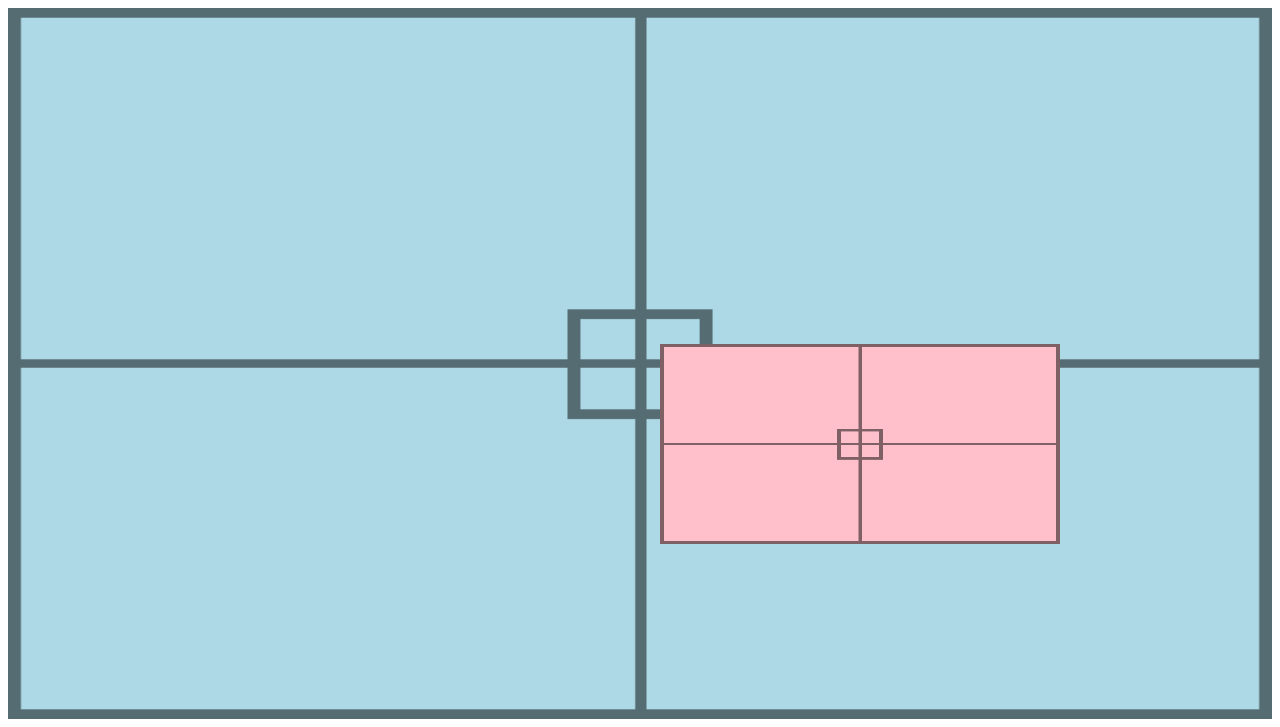
Repository: Codigo404q/html-css
Page: exercicios/ex022/fundo007.html
The author's editor kept a copy of each file at every save. The page is drawn from the files as they stood at one save, then again after a run of saves.
The browser window is 1280 px wide. The pictures show the whole page.

Above is the page before, as saved 2024-01-06 21:48:33.

### exercicios/ex022/fundo007.html
<!DOCTYPE html>
<html lang="pt-br">
<head>
    <meta charset="UTF-8">
    <meta name="viewport" content="width=device-width, initial-scale=1.0">
    <title>Alinhamento Vertical</title>
    <style>
        #container {
            position: relative;
            height: 96vh;
            padding: 10px;
            background-color: lightblue;
            background-image: url(imagens/target001.png);
            background-size: 100% 100%;
        }

        #conteudo {
            background-image: url(imagens/target001.png);
            background-size: 100% 100%;
            position: absolute;
            height: 200px;
            width: 400px;
            background-color: pink;


            left: 50%;
            top: 50%;

            transform: translate(+20px, -20px);
        }
    </style>
</head>
<body>
    <section id="container">
        <article id="conteudo">

        </article>
    </section>
</body>
</html>

After the next 4 saves:
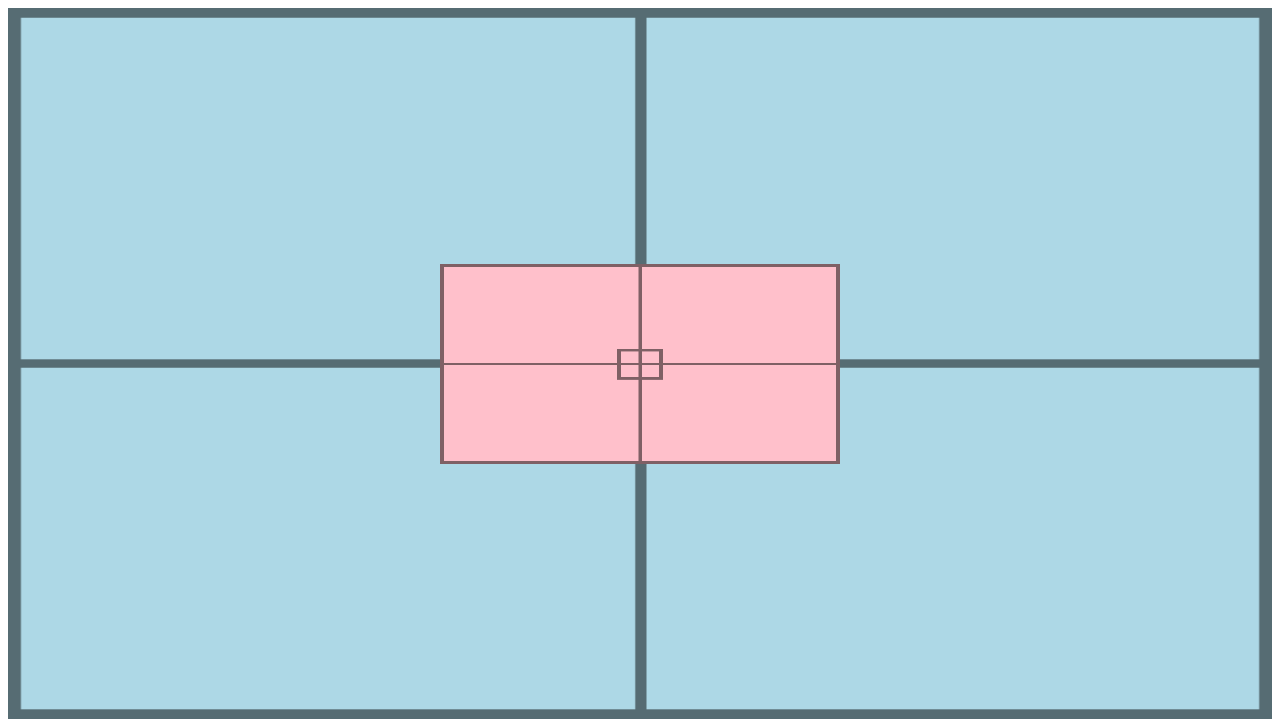
The 4 saves are shown as one change because they came seconds apart.
The last was saved 14 s later.
--- a/exercicios/ex022/fundo007.html
+++ b/exercicios/ex022/fundo007.html
@@ -26,7 +26,7 @@
             left: 50%;
             top: 50%;
 
-            transform: translate(+20px, -20px);
+            transform: translate(-50%, -50%);
         }
     </style>
 </head>
